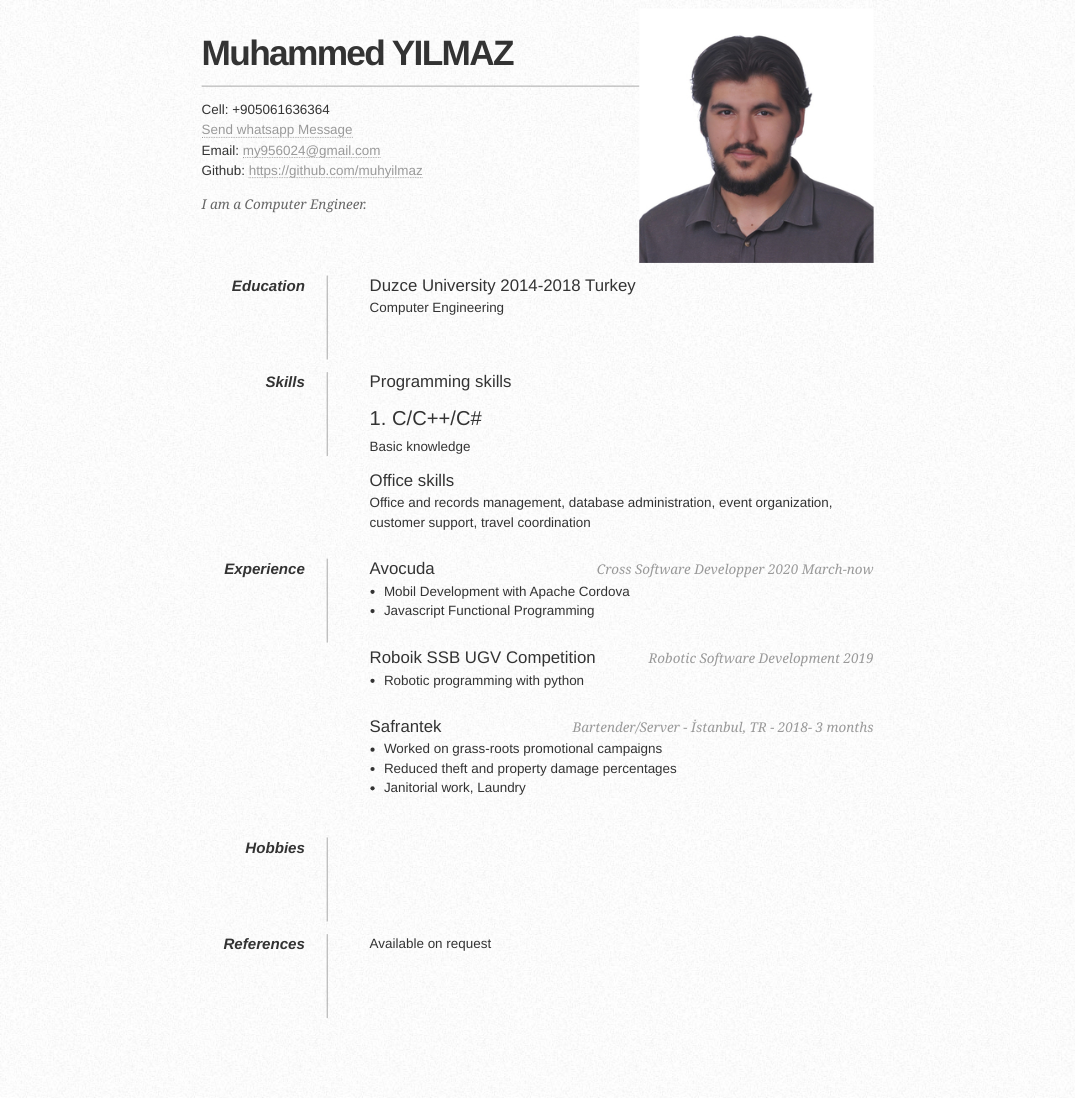
Repository: muhyilmaz/muhyilmaz.github.io
Page: index.html
The author's editor kept a copy of each file at every save. The page is drawn from the files as they stood at one save, then again after the next save.
The browser window is 1280 px wide. The pictures show the whole page, at 84% of full size.

Above is the page before, as saved 2020-06-07 15:51:29.

After the next save:
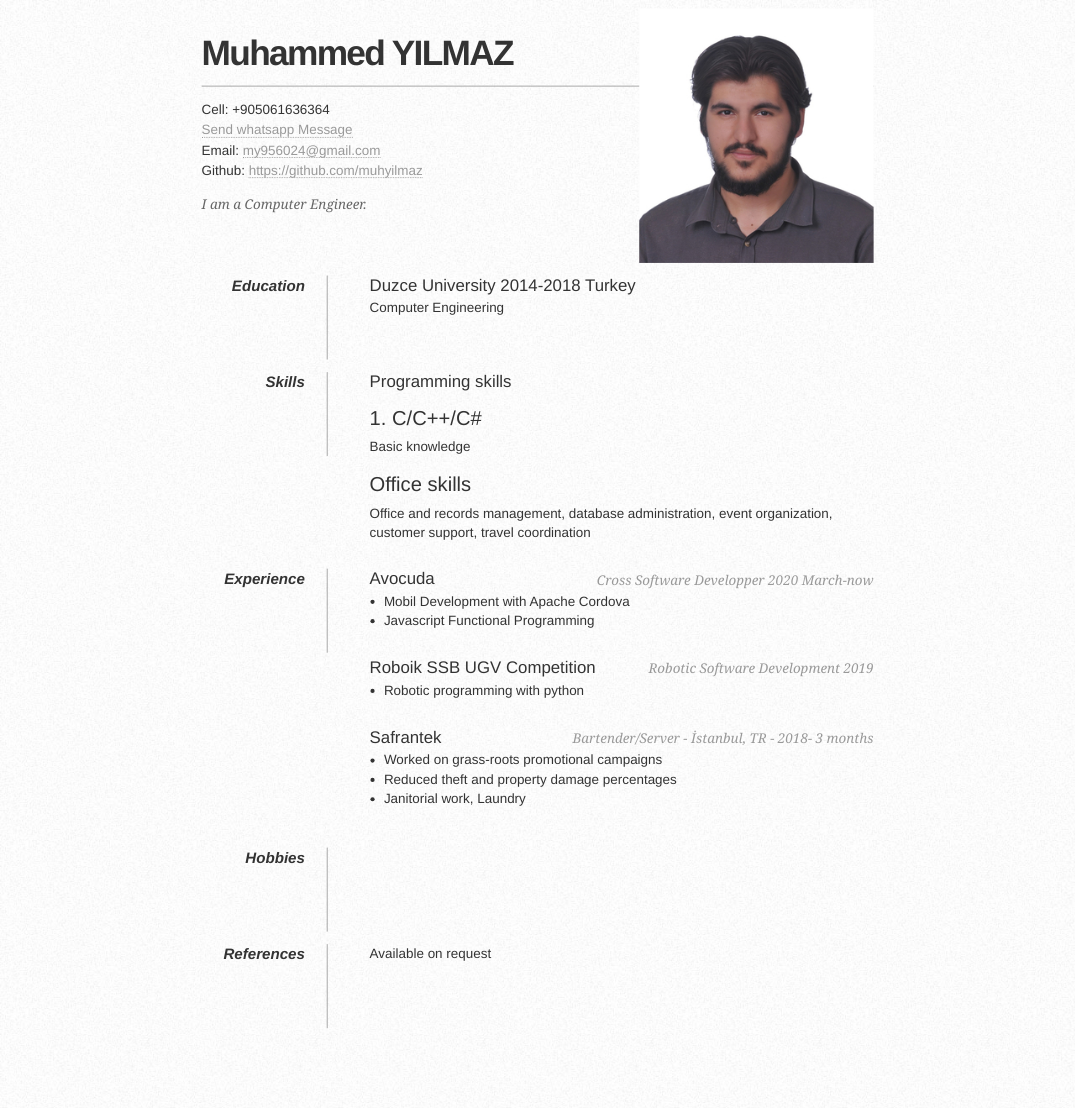
Saved 26 h 35 min later.
--- a/index.html
+++ b/index.html
@@ -94,7 +94,7 @@
                     </div>
                   </div>
 				-->
-				<h2>Office skills</h2>
+				<h3>Office skills</h3>
                 <p>Office and records management, database administration, event organization, customer support, travel coordination</p>
 			</dd>
 
